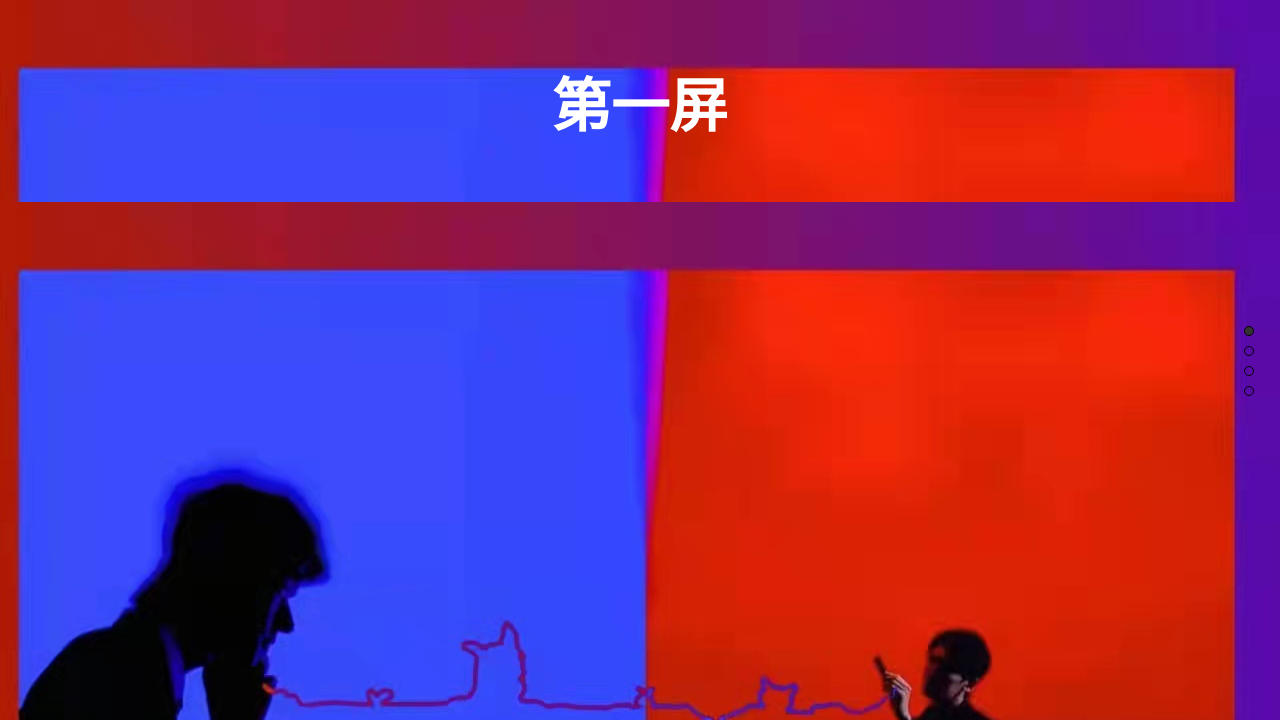
Repository: tfdonna/fontend
Page: js第一阶段/jquery/WebContent/hw02-全屏滚动四屏.html
These files come from the project's save history. The page is drawn as it stood at one moment and after the next save; the edit follows.
The browser window is 1280 px wide. The pictures show the whole page.

Above is the page before, as saved 2021-09-06 10:33:39.

### js第一阶段/jquery/WebContent/hw02-全屏滚动四屏.html
<!DOCTYPE html>
<html>
<head>
	<meta charset="UTF-8">
	<title>全屏滚动</title>

	<link rel="stylesheet" href="fullPage/css/jquery.fullPage.css">
	<style>
	.section {
		text-align: center;
		font: 50px "Microsoft Yahei";
		color: #fff;
		background: url("images/jz1.jpg") no-repeat;
	}
	</style>

	<script src="fullPage/js/jquery-1.8.3.min.js"></script>
	<script src="fullPage/js/jquery.fullPage.min.js"></script>
	<script>
	$(function(){
	    $('#dowebok').fullpage({
	        sectionsColor: ['#1bbc9b', '#4BBFC3', '#7BAABE', '#f90'],
	        'navigation': true,
	    });
	});
	</script>
</head>
<body>
	<div id="dowebok">
	    <div class="section">
	        <h3>第一屏</h3>
	        <img alt="" src="images/jz1.jpg" />
	    </div>
	    <div class="section">
	        <h3>第二屏</h3>
	        <img alt="" src="images/jz2.jpg" />
	    </div>
	    <div class="section">
	        <h3>第三屏</h3>
	        <img alt="" src="images/jz3.jpg" />
	    </div>
	    <div class="section">
	        <h3>第四屏</h3>
	        <img alt="" src="images/jz5.jpg" />
	    </div>
	</div>
</body>
</html>

Loaded but not shown: js第一阶段/jquery/WebContent/fullPage/css/jquery.fullPage.css (library); js第一阶段/jquery/WebContent/fullPage/js/jquery-1.8.3.min.js (library); js第一阶段/jquery/WebContent/fullPage/js/jquery.fullPage.min.js (library)

After the next save:
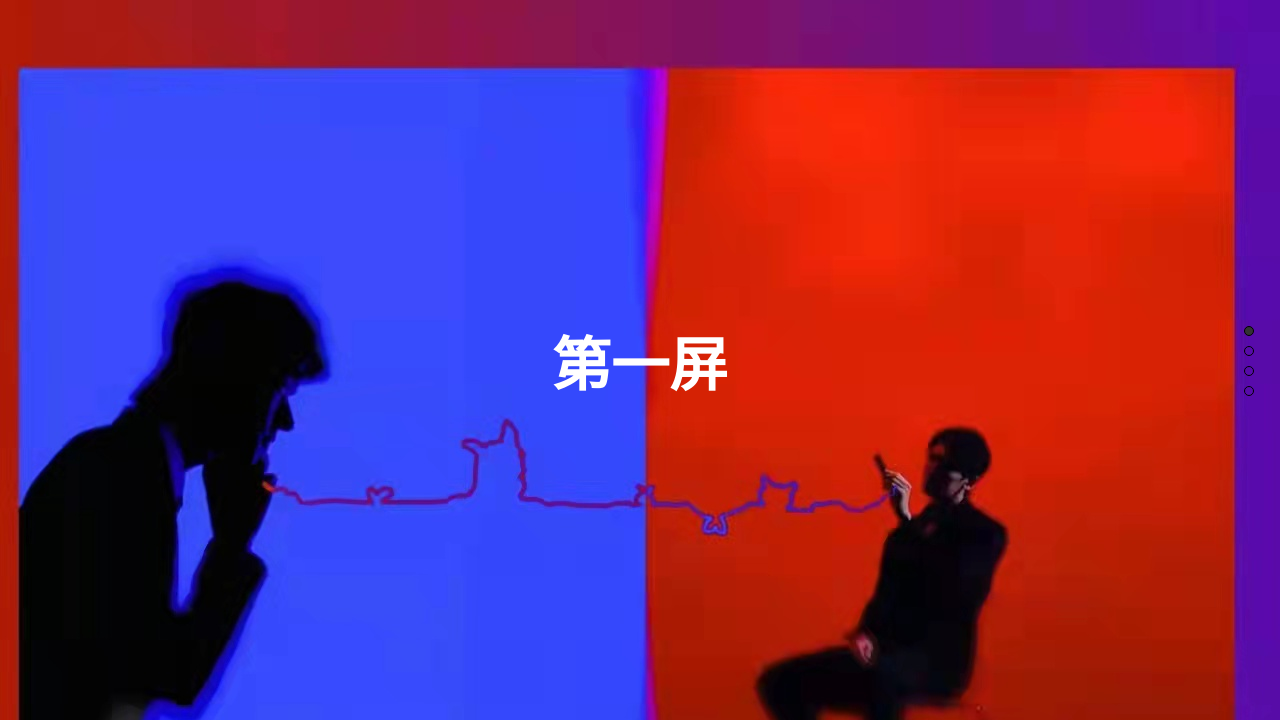
Saved 8 s later.
--- a/js第一阶段/jquery/WebContent/hw02-全屏滚动四屏.html
+++ b/js第一阶段/jquery/WebContent/hw02-全屏滚动四屏.html
@@ -29,7 +29,7 @@
 	<div id="dowebok">
 	    <div class="section">
 	        <h3>第一屏</h3>
-	        <img alt="" src="images/jz1.jpg" />
+
 	    </div>
 	    <div class="section">
 	        <h3>第二屏</h3>
